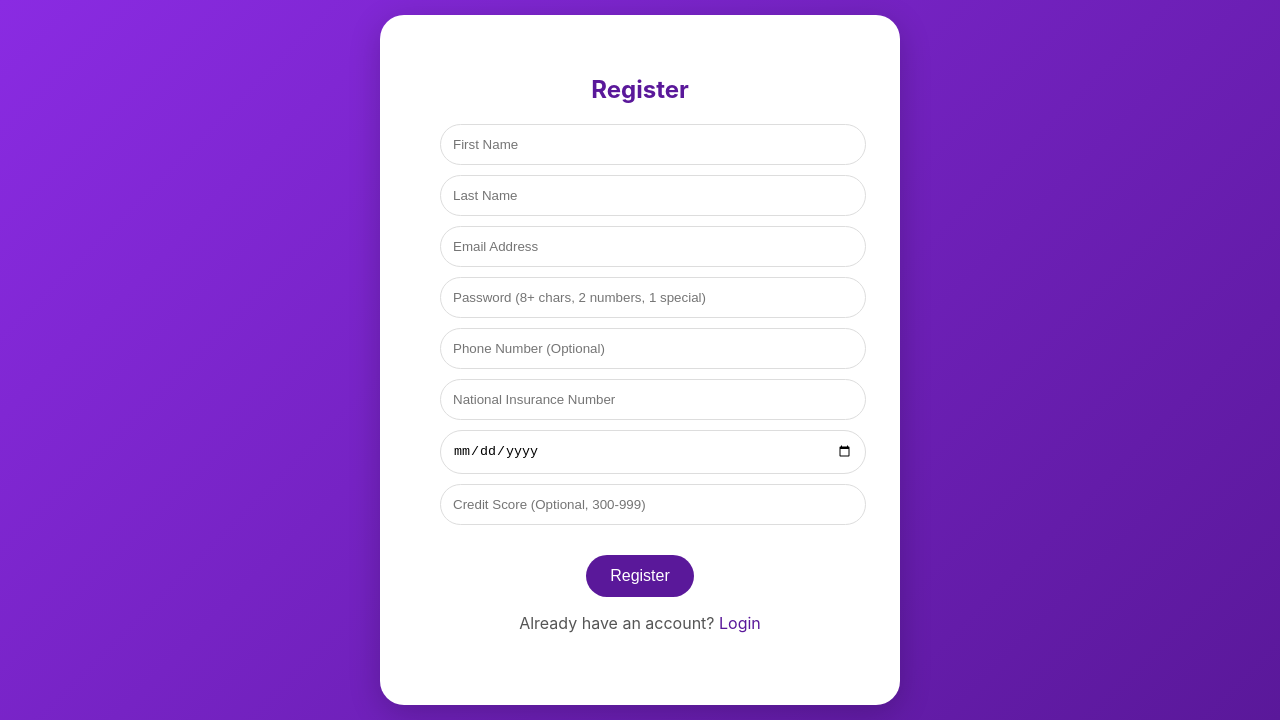
Repository: aab232/https---github.com-aab232-Deferred-Payment-Platform
Page: /register (app in frontend/)
These files come from the project's save history. The page is drawn as it stood at one moment and after the next save; the edit follows.
The browser window is 1280 px wide. The pictures show the whole page.
The project was rebuilt for these pictures with package versions that can differ from the ones it lists, and the page was loaded fresh each time. Also part of the build but not shown: frontend/src/components/Home.js, frontend/src/components/Login.js.

Above is the page before, as saved 2025-03-18 00:37:47.

### frontend/src/App.js
import React from 'react';
import { BrowserRouter as Router, Routes, Route } from 'react-router-dom';
import Home from './components/Home';
import Register from './components/Register';
import Login from './components/Login';

const App = () => {
  return (
    <Router>
      <Routes>
        <Route path="/" element={<Home />} />
        <Route path="/login" element={<Login />} />
        <Route path="/register" element={<Register />} />
      </Routes>
    </Router>
  );
};

export default App;

### frontend/src/components/Register.js
import React, { useState } from 'react';
import axios from 'axios';
import { useNavigate } from 'react-router-dom';
import bcrypt from 'bcryptjs'; // Import bcrypt
import './Form.css';

const Register = () => {
  const [formData, setFormData] = useState({
    first_name: '',
    surname: '',
    email: '',
    password: '',
    phone_number: '',
    ni_number: '',
    date_of_birth: '',
    credit_score: '', // New field for credit score
  });

  const navigate = useNavigate();

  // Function to format the date to YYYY-MM-DD
  const formatDateForBackend = (date) => {
    const [day, month, year] = date.split('-'); // Split 'DD-MM-YYYY'
    return `${year}-${month}-${day}`; // Convert to 'YYYY-MM-DD'
  };

  // Handle input change
  const handleChange = (e) => {
    const { name, value } = e.target;
    setFormData({ ...formData, [name]: value });
  };

  // Handle form submission
  const handleSubmit = async (e) => {
    e.preventDefault();

    try {
      // Format the date before sending it to the backend
      const formattedDate = formatDateForBackend(formData.date_of_birth);

      // Hash the password
      const hashedPassword = await bcrypt.hash(formData.password, 10);

      // Create an object to send to the backend
      const dataToSend = {
        ...formData,
        date_of_birth: formattedDate,
        password: hashedPassword, // Send the hashed password
      };

      // Remove the credit score field if it's empty (optional field)
      if (dataToSend.credit_score === '') {
        delete dataToSend.credit_score;
      }

      const response = await axios.post('http://localhost:5000/register', dataToSend);
      alert(response.data.message);
      if (response.data.success) navigate('/login'); // Redirect on successful registration
    } catch (error) {
      console.error('Registration error:', error);
      alert('Registration failed. Please try again.');
    }
  };

  return (
    <div className="container">
      <div className="form-card">
        <h2>Register</h2>
        <form onSubmit={handleSubmit}>
          <input
            type="text"
            name="first_name"
            placeholder="First Name"
            value={formData.first_name}
            onChange={handleChange}
            required
          />
          <input
            type="text"
            name="surname"
            placeholder="Last Name"
            value={formData.surname}
            onChange={handleChange}
            required
          />
          <input
            type="email"
            name="email"
            placeholder="Email Address"
            value={formData.email}
            onChange={handleChange}
            required
          />
          <input
            type="password"
            name="password"
            placeholder="Password (8+ chars, 2 numbers, 1 special)"
            value={formData.password}
            onChange={handleChange}
            required
          />
          <input
            type="text"
            name="phone_number"
            placeholder="Phone Number (Optional)"
            value={formData.phone_number}
            onChange={handleChange}
            maxLength={15}
          />
          <input
            type="text"
            name="ni_number"
            placeholder="National Insurance Number"
            value={formData.ni_number}
            onChange={handleChange}
            required
          />
          <input
            type="date"
            name="date_of_birth"
            placeholder="Date of Birth"
            value={formData.date_of_birth}
            onChange={handleChange}
            required
          />
          <input
            type="number"
            name="credit_score"
            placeholder="Credit Score (Optional, 300-999)"
            value={formData.credit_score}
            onChange={handleChange}
            min="300"
            max="999"
          />
          <button type="submit" className="btn">Register</button>
        </form>
        <p>Already have an account? <span onClick={() => navigate('/login')} className="link">Login</span></p>
      </div>
    </div>
  );
};

export default Register;

### frontend/src/components/Home.css
/* Centering and styling for Home page */
.container {
    display: flex;
    justify-content: center;
    align-items: center;
    height: 100vh; /* Full viewport height */
    background: linear-gradient(135deg, #8a2be2, #5a189a); /* Elegant gradient */
  }

  .card {
    text-align: center;
    background: #fff;
    padding: 40px 60px;
    border-radius: 24px;
    box-shadow: 0 8px 32px rgba(0, 0, 0, 0.2);
    max-width: 400px;
    width: 100%;
  }

  h1 {
    margin-bottom: 16px;
    font-size: 28px;
    color: #5a189a;
  }

  p {
    margin-bottom: 32px;
    font-size: 16px;
    color: #555;
  }

  .button-group {
    display: flex;
    justify-content: space-between;
  }

  .btn {
    padding: 12px 24px;
    font-size: 16px;
    border: none;
    border-radius: 30px; /* Rounded buttons */
    cursor: pointer;
    transition: background 0.3s ease;
    color: white;
    background: #5a189a;
  }

  .btn:hover {
    background: #8a2be2; /* Button hover effect */
  }

### frontend/src/components/Form.css
/* Form Styling for Login & Register */
.container {
    display: flex;
    justify-content: center;
    align-items: center;
    height: 100vh;
    background: linear-gradient(135deg, #8a2be2, #5a189a);
  }

  .form-card {
    background: white;
    padding: 40px 60px;
    border-radius: 24px;
    box-shadow: 0 8px 32px rgba(0, 0, 0, 0.2);
    max-width: 400px;
    width: 100%;
    text-align: center;
  }

  h2 {
    color: #5a189a;
  }

  input {
    display: block;
    width: 100%;
    margin: 10px 0;
    padding: 12px;
    border: 1px solid #ddd;
    border-radius: 30px; /* Rounded inputs */
  }

  .btn {
    padding: 12px 24px;
    margin-top: 20px;
    border-radius: 30px;
    border: none;
    color: white;
    background: #5a189a;
    cursor: pointer;
  }

  .btn:hover {
    background: #8a2be2;
  }

  .link {
    color: #5a189a;
    cursor: pointer;
  }

Loaded but not shown: frontend/public/index.html (common file); frontend/src/index.js (common file); frontend/src/index.css (common file)

After the next save:
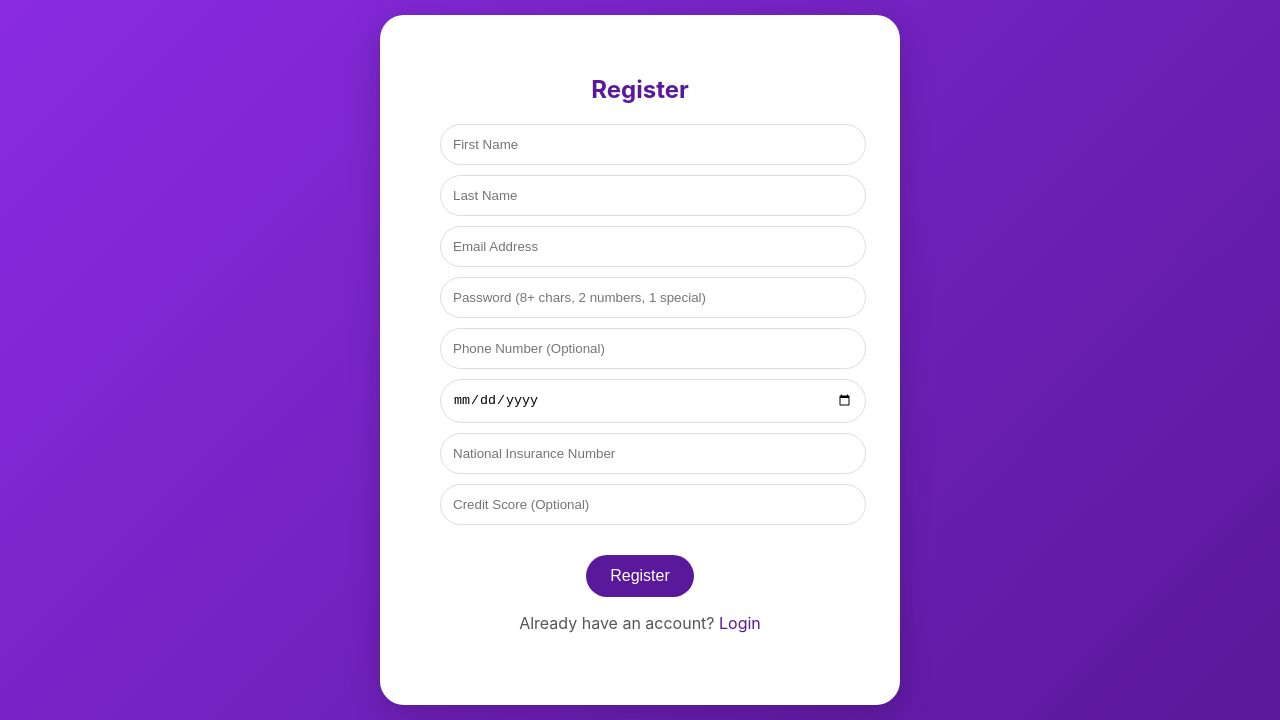
Saved 3 min 54 s later.
--- a/frontend/src/components/Register.js
+++ b/frontend/src/components/Register.js
@@ -108,25 +108,27 @@ const Register = () => {
             maxLength={15}
           />
           <input
+            type="date"
+            name="date_of_birth"
+            placeholder="Date of Birth"
+            value={formData.date_of_birth}
+            onChange={handleChange}
+            required
+
+          />
+          <input
             type="text"
             name="ni_number"
             placeholder="National Insurance Number"
             value={formData.ni_number}
             onChange={handleChange}
             required
-          />
-          <input
-            type="date"
-            name="date_of_birth"
-            placeholder="Date of Birth"
-            value={formData.date_of_birth}
-            onChange={handleChange}
-            required
+
           />
           <input
             type="number"
             name="credit_score"
-            placeholder="Credit Score (Optional, 300-999)"
+            placeholder="Credit Score (Optional)"
             value={formData.credit_score}
             onChange={handleChange}
             min="300"
